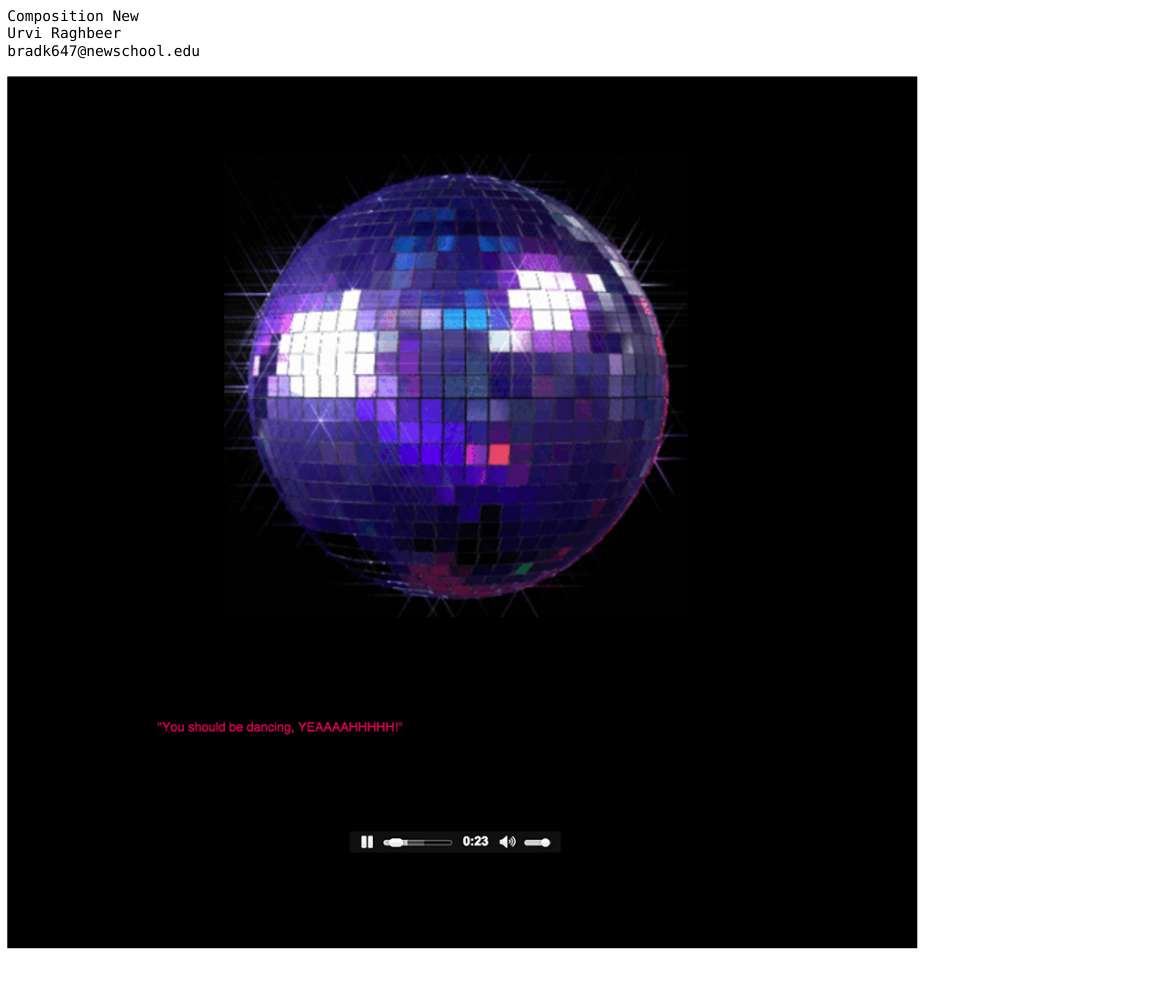
Repository: ortik455/ortik455.github.io
Page: lab/archive/photo/urvi.html
The author's editor kept a record of every edit. The page is drawn from the files as they stood at one moment, then again after the next edit.
The browser window is 1280 px wide. The pictures show the whole page, at 91% of full size.

Above is the page before.

### lab/archive/photo/urvi.html
<!DOCTYPE html>
<html>
	<head>
		<link rel="icon" href="../studio/favicon.png" sizes="16x16 32x32" type="image/png">
		<link href="../../../styles/archive.css" rel="stylesheet" type="text/css">
		<title>Urvi Raghbeer</title>
	</head>

	<body>
		Composition New
	    <br>
		Urvi Raghbeer
		<br>
	    bradk647@newschool.edu
	    <br>
	    <a href="http://bradk647.github.io/composition/index.html" class="back">Link to HTML</a>
	<div id="pic">
		<img src="14kyle.png" alt="">
		<br>
		<br>
		<a href="../archive.html" class="back">Back to Archive</a>
	</div>
	</body>
</html>

### styles/archive.css
html {
	overflow-y: scroll;
	width: 800px;
}
body {
    font-family: consolas, sans-serif;
    width: 600px;
    height: 1000px;
    }
.numbers {
    text-align: center;
    vertical-align: middle;
    color: #000000;
    font-size: 12px;
    width: 25px;
    height: 650px;
    position: absolute;
    top: 40px;
    left: 7px;
    z-index: 1;
}
.range {
    height: 30px;
    position: absolute;
    top: 4px;
    left: 7px;
}
.range1 {
    height: 30px;
    position: absolute;
    top: 75px;
    left: 5px;
}.range2 {
    height: 30px;
    position: absolute;
    top: 180px;
    left: 4px;
}.range3 {
    height: 30px;
    position: absolute;
    top: 200px;
    left: 7px;
}.range4 {
    height: 30px;
    position: absolute;
    top: 325px;
    left: 4px;
}.range5 {
    height: 30px;
    position: absolute;
    top: 600px;
}

.bar3 {
    font-size: 18px;
    text-align: center;
    background: #E3E3E3;
    height: 20px;
    width: 140px;
    position: absolute;
    margin-left: 40px;
    top: 5px;
    left: 0;
}
.bar1 {
    background: #E3E3E3;
    height: 15px;
    width: 800px;
    position: absolute;
    top: 25px;
    left: 0;
}
.bar2 {
    background: #E3E3E3;
    height: 1000px;
    width: 40px;
    position: absolute;
    top: 25px;
    left: 0;
}
.content {
	background: #ffffff;
}
.row1 {
    text-align: center;
    font-size: 9px;
    width: 580px;
    margin-left: 35px;
    float: left;
}
.row2 {
    text-align: center;
    width: 260px;
    margin-left: 35px;
    float: left;
}
.row3 {
    text-align: center;
    width: 620px;
    margin-left: 35px;
    float: left;
}
.row4 {
    text-align: center;
    width: 620px;
    margin-left: 35px;
    float: left;
}
.row5 {
    text-align: center;
    width: 1000px;
    margin-left: 35px;
    float: left;
}
.row6 {
    text-align: center;
    width: 500px;
    margin-left: 35px;
    float: left;
}
.thumb1 {
    vertical-align: middle;
    line-height: 18px;
    background: #000000;
    margin: 36px 2px 1px 2px;
    font-size: 9px;
    width: 30px;
    height: 18px;
    float: left;
}
.thumb2 {
    vertical-align: middle;
    line-height: 30px;
    background: #000000;
    margin: 36px 2px 1px 2px;
    font-size: 10px;
    width: 50px;
    height: 30px;
    float: left;
}
.thumb3 {
    vertical-align: middle;
    line-height: 36px;
    background: #000000;
    margin: 36px 2px 1px 2px;
    font-size: 12px;
    width: 60px;
    height: 36px;
    float: left;
}
.thumb4 {
    vertical-align: middle;
    line-height: 39px;
    background: #000000;
    margin: 36px 2px 1px 2px;
    font-size: 13px;
    width: 65px;
    height: 39px;
    float: left;
}
.thumb5 {
    vertical-align: middle;
    line-height: 42px;
    background: #000000;
    margin: 36px 2px 1px 2px;
    font-size: 15px;
    width: 70px;
    height: 42px;
    float: left;
}
.thumb6 {
    vertical-align: middle;
    line-height: 48px;
    background: #000000;
    margin: 36px 4px 1px 1px;
    font-size: 17px;
    width: 80px;
    height: 48px;
    float: left;
    text-align: center;
}
.thumb7 {
    vertical-align: middle;
    line-height: 50px;
    background: #000000;
    margin: 36px 2px 1px 1px;
    font-size: 18px;
    width: 83px;
    height: 50px;
    float: left;
}
.thumb8 {
    vertical-align: middle;
    line-height: 72px;
    background: #000000;
    margin: 2px 2px 1px 2px;
    font-size: 24px;
    width: 120px;
    height: 72px;
    float: left;
}
.thumb9 {
    vertical-align: middle;
    line-height: 77px;
    background: #000000;
    margin: 2px 2px 1px 2px;
    font-size: 26px;
    width: 128px;
    height: 77px;
    float: left;
}
.thumb10 {
    vertical-align: middle;
    line-height: 120px;
    background: #000000;
    margin: 2px 2px 1px 2px;
    font-size: 32px;
    width: 200px;
    height: 120px;
    float: left;
}
.thumb11 {
    vertical-align: middle;
    line-height: 120px;
    background: #000000;
    margin: 2px 2px 1px 2px;
    font-size: 38px;
    width: 200px;
    height: 120px;
    float: left;
}
.thumb12 {
    vertical-align: middle;
    line-height: 120px;
    background: #000000;
    margin: 2px 2px 1px 2px;
    font-size: 40px;
    width: 200px;
    height: 120px;
    float: left;
}
.thumb14 {
    vertical-align: middle;
    line-height: 180px;
    background: #000000;
    margin: 2px 2px 1px 2px;
    font-size: 56px;
    width: 300px;
    height: 180px;
    float: left;
}
.thumb15 {
    vertical-align: middle;
    line-height: 183px;
    background: #000000;
    margin: 2px 2px 1px 2px;
    font-size: 58px;
    width: 306px;
    height: 183px;
    float: left;
}
.thumb16 {
    vertical-align: middle;
    line-height: 360px;
    background: #000000;
    margin: 2px 2px 1px 2px;
    font-size: 120px;
    width: 600px;
    height: 360px;
    float: left;
}
.thumb17 {
    vertical-align: middle;
    line-height: 120px;
    background: #000000;
    font-size: 40px;
    margin: 2px 2px 1px 2px;
    width: 200px;
    height: 120px;
    float: left;
}
.other {
    float: left;
    margin-left: 40px;
    margin-top: 40px;
}
a {
    text-decoration: none;
}
a:link {
    color: #ffffff;
    }
a:visited {
    color: #ffffff;
    }
a:hover {
    color: #00EEFF;
}
a:active {
    background: #91D0F2;
    color: #000000;
}

.other a {
    color: #000000;
}
.other2 a {
    color: #000000;
}
.back {
    font-size: 11px;
    letter-spacing: 0px;
}

After the next edit:
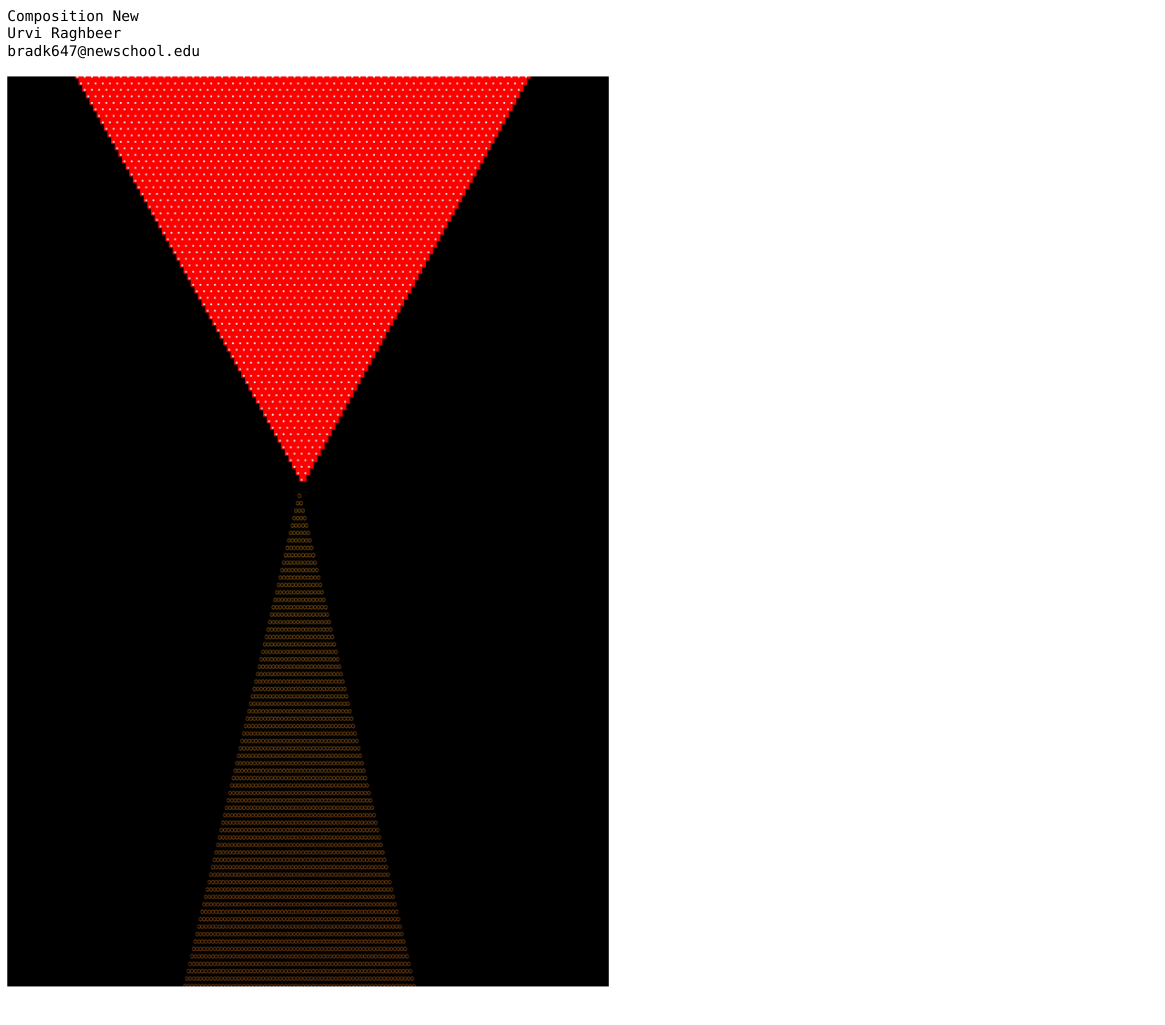
The edit:
--- a/lab/archive/photo/urvi.html
+++ b/lab/archive/photo/urvi.html
@@ -15,7 +15,7 @@
 	    <br>
 	    <a href="http://bradk647.github.io/composition/index.html" class="back">Link to HTML</a>
 	<div id="pic">
-		<img src="14kyle.png" alt="">
+		<img src="15urvi.png" alt="">
 		<br>
 		<br>
 		<a href="../archive.html" class="back">Back to Archive</a>
